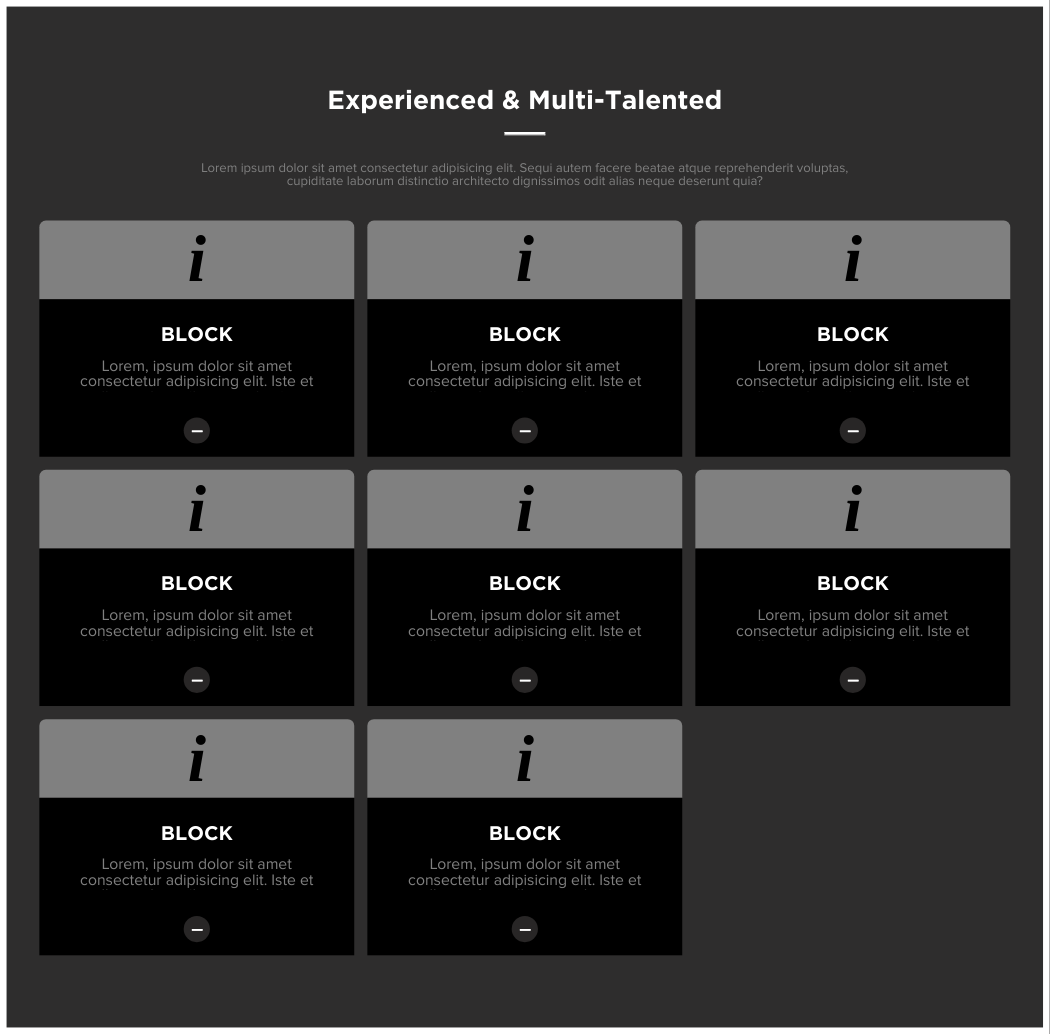
Repository: MohmdMHR/limesharp-test
Page: /
The author's editor kept a copy of each file at every save. The page is drawn from the files as they stood at one save, then again after a run of saves.
The browser window is 1280 px wide. The pictures show the whole page, at 82% of full size.
The project was rebuilt for these pictures with package versions that can differ from the ones it lists, and the page was loaded fresh each time. Also part of the build but not shown: vue.config.js.

Above is the page before, as saved 2022-07-20 19:01:11.

After the next 2 saves:
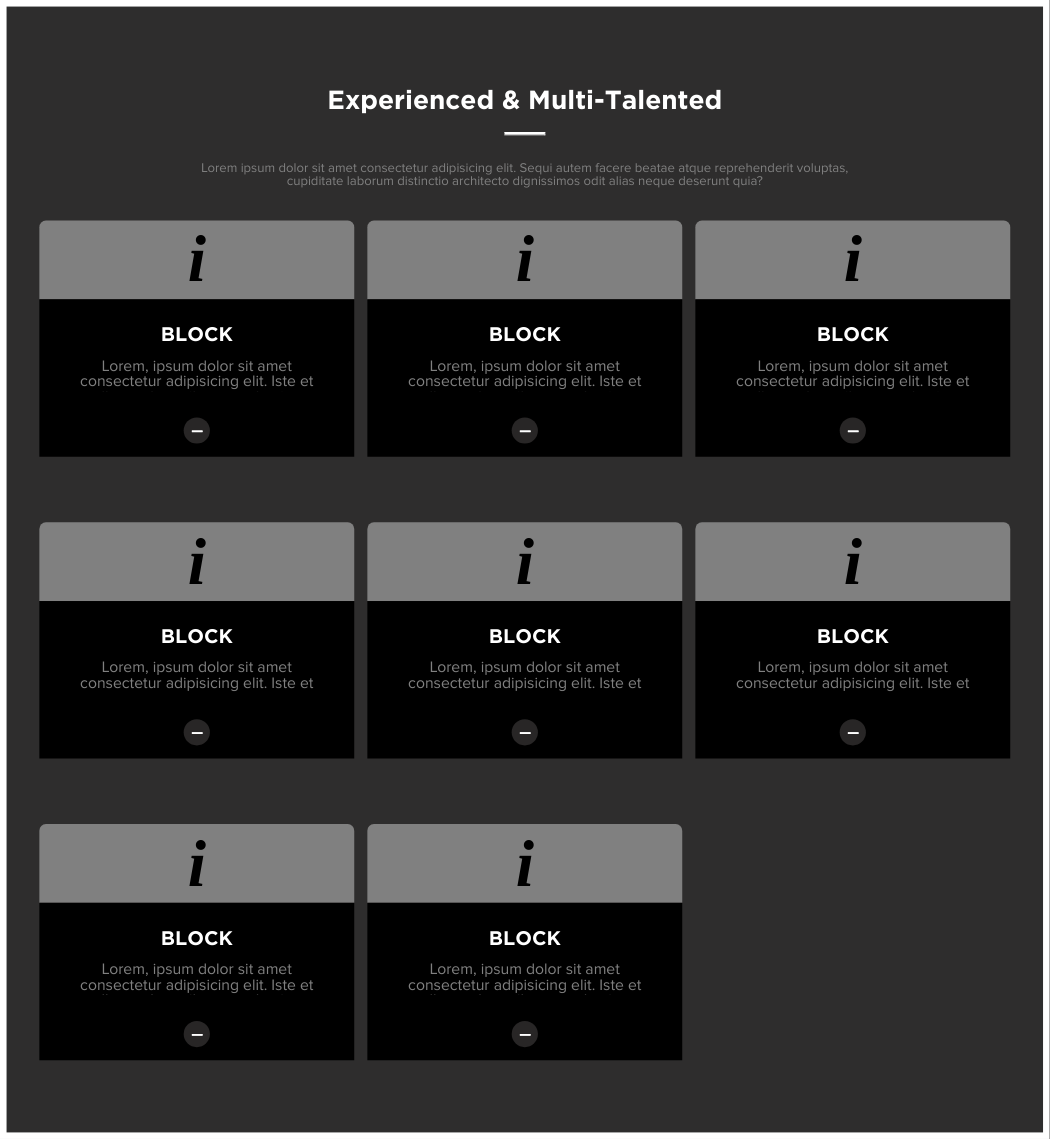
The 2 saves are shown as one change because they came seconds apart.
The last was saved 28 s later.
--- a/src/Main.vue
+++ b/src/Main.vue
@@ -69,6 +69,7 @@ export default {
 .cards-container {
   display: grid;
   grid-template-columns: repeat(auto-fit, 25rem);
+  row-gap: 4rem;
   justify-content: center;
 }
 </style>
